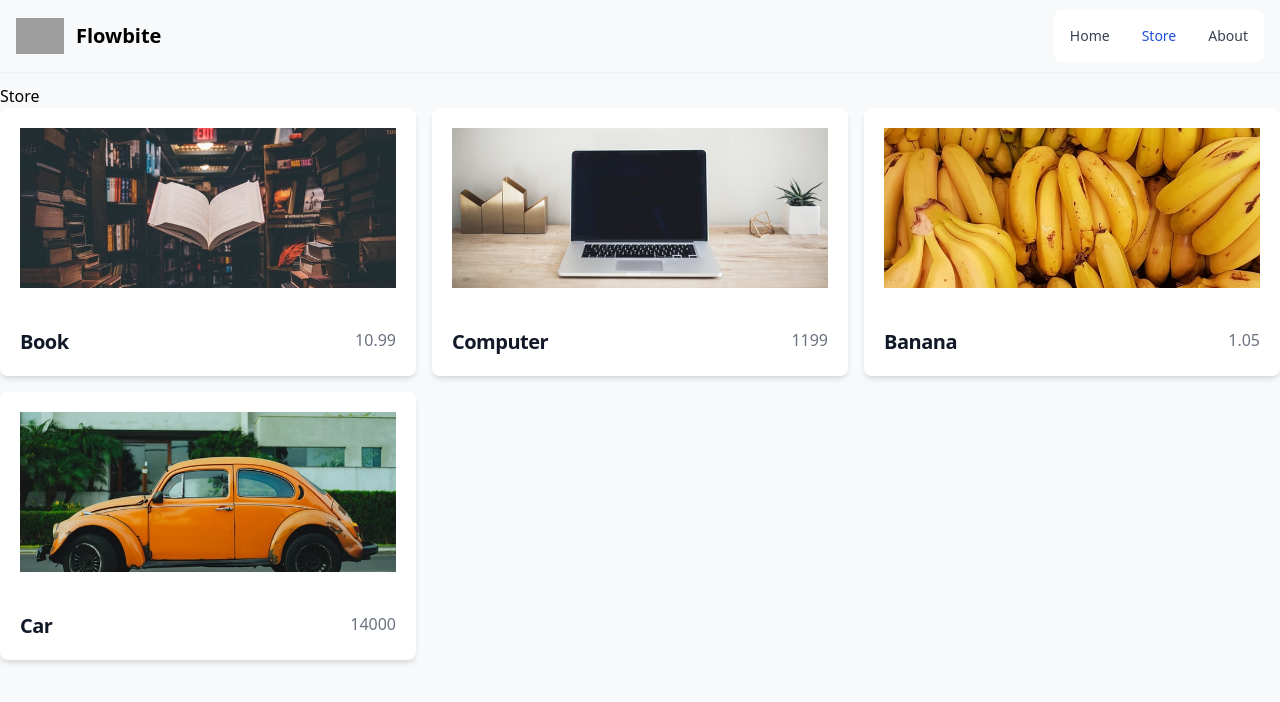
Repository: ducanhaep/react-ts-shopping-cart
Page: /store
The author's editor kept a copy of each file at every save. The page is drawn from the files as they stood at one save, then again after the next save.
The browser window is 1280 px wide. The pictures show the whole page.
Pictures or frames that could not be fetched are drawn as grey boxes. The project was rebuilt for these pictures with package versions that can differ from the ones it lists, and the page was loaded fresh each time. Also part of the build but not shown: vite.config.ts, src/pages/About.js, src/pages/Home.js.

Above is the page before, as saved 2023-01-11 19:33:19.

### src/App.tsx
import { Routes, Route } from "react-router-dom";
import { About } from "./pages/About";
import { Home } from "./pages/Home";
import { Store } from "./pages/Store";
import { Navbar } from "./components/Navbar";
function App() {
  return (
    <>
      <Navbar />
      <div className="container mb-4">
        <Routes>
          <Route path="/" element={<Home />} />
          <Route path="/store" element={<Store />} />
          <Route path="/about" element={<About />} />
        </Routes>
      </div>
    </>
  );
}

export default App;

### src/index.css
@tailwind base;
@tailwind components;
@tailwind utilities;
:root {
  font-synthesis: none;
  text-rendering: optimizeLegibility;
  -webkit-font-smoothing: antialiased;
  -moz-osx-font-smoothing: grayscale;
  -webkit-text-size-adjust: 100%;
}

/* Box sizing rules */
*,
*::before,
*::after {
  box-sizing: border-box;
}

/* Remove default margin */
body,
h1,
h2,
h3,
h4,
p,
figure,
blockquote,
dl,
dd {
  margin: 0;
}

/* Remove list styles on ul, ol elements with a list role, which suggests default styling will be removed */
ul[role="list"],
ol[role="list"] {
  list-style: none;
}

/* Set core root defaults */
html:focus-within {
  scroll-behavior: smooth;
}

/* Set core body defaults */
body {
  min-height: 100vh;
  text-rendering: optimizeSpeed;
  line-height: 1.5;
  background-color: #f8f9fa;
}

input,
button,
textarea,
select {
  font: inherit;
}

### src/pages/Store.tsx
import { StoreItem } from "../components/StoreItem";
import storeItems from "../data/items.json";
export function Store() {
  return (
    <>
      <h1>Store</h1>
      <div className="grid grid-cols-1 md:grid-cols-3 2xl:grid-cols-4 gap-8 md:gap-4">
        {storeItems.map((item) => (
          <StoreItem {...item} key={item.id} />
        ))}
      </div>
    </>
  );
}

### src/components/Navbar.tsx
import { Link, NavLink } from "react-router-dom";
import { BsFillCartFill } from "react-icons/bs";

export function Navbar() {
  return (
    <div className="shadow-sm mb-3">
      <nav className="containerbg-white border-gray-200 px-2 sm:px-4 py-2.5 rounded dark:bg-gray-900">
        <div className="container flex flex-wrap items-center justify-between mx-auto">
          <a href="#" className="flex items-center">
            <img
              src="https://flowbite.com/docs/images/logo.svg"
              className="h-6 mr-3 sm:h-9"
              alt="Flowbite Logo"
            />
            <span className="self-center text-xl font-semibold whitespace-nowrap dark:text-white">
              Flowbite
            </span>
          </a>
          <button
            data-collapse-toggle="navbar-default"
            type="button"
            aria-controls="navbar-default"
            aria-expanded="false"
            className="relative md:hidden text-blue-700 hover:text-white border border-blue-700 hover:bg-blue-800 focus:outline-none  font-medium rounded-lg text-sm px-5 py-2.5 text-center mr-2 mb-2"
          >
            <BsFillCartFill />
            <div className="absolute inline-flex items-center justify-center w-6 h-6 text-xs font-bold text-white bg-red-500 border-2 border-white rounded-full -top-2 -right-2 dark:border-gray-900">
              20
            </div>
          </button>
          <div className="hidden w-full md:block md:w-auto" id="navbar-default">
            <ul className="flex flex-col p-4 mt-4 border border-gray-100 rounded-lg bg-gray-50 md:flex-row md:space-x-8 md:mt-0 md:text-sm md:font-medium md:border-0 md:bg-white dark:bg-gray-800 md:dark:bg-gray-900 dark:border-gray-700">
              <li>
                <NavLink
                  to="/"
                  className={({ isActive }) =>
                    isActive
                      ? "text-white bg-blue-700 rounded md:bg-transparent md:text-blue-700 md:p-0 dark:text-white"
                      : "block py-2 pl-3 pr-4 text-gray-700 rounded hover:bg-gray-100 md:hover:bg-transparent md:border-0 md:hover:text-blue-700 md:p-0 dark:text-gray-400 md:dark:hover:text-white dark:hover:bg-gray-700 dark:hover:text-white md:dark:hover:bg-transparent"
                  }
                  aria-current="page"
                >
                  Home
                </NavLink>
              </li>
              <li>
                <NavLink
                  to="store"
                  className={({ isActive }) =>
                    isActive
                      ? "text-white bg-blue-700 rounded md:bg-transparent md:text-blue-700 md:p-0 dark:text-white"
                      : "block py-2 pl-3 pr-4 text-gray-700 rounded hover:bg-gray-100 md:hover:bg-transparent md:border-0 md:hover:text-blue-700 md:p-0 dark:text-gray-400 md:dark:hover:text-white dark:hover:bg-gray-700 dark:hover:text-white md:dark:hover:bg-transparent"
                  }
                >
                  Store
                </NavLink>
              </li>
              <li>
                <NavLink
                  to="about"
                  className={({ isActive }) =>
                    isActive
                      ? "text-white bg-blue-700 rounded md:bg-transparent md:text-blue-700 md:p-0 dark:text-white"
                      : "block py-2 pl-3 pr-4 text-gray-700 rounded hover:bg-gray-100 md:hover:bg-transparent md:border-0 md:hover:text-blue-700 md:p-0 dark:text-gray-400 md:dark:hover:text-white dark:hover:bg-gray-700 dark:hover:text-white md:dark:hover:bg-transparent"
                  }
                >
                  About
                </NavLink>
              </li>
            </ul>
          </div>
        </div>
      </nav>
    </div>
  );
}

### src/components/StoreItem.tsx
import { Link } from "react-router-dom";

interface StoreItemProps {
  id: number;
  name: string;
  price: number;
  imgUrl: string;
}
export function StoreItem({ id, name, price, imgUrl }: StoreItemProps) {
  return (
    <div className="w-full bg-white rounded-lg shadow-md">
      <div className="">
        <Link to="#">
          <img
            src={imgUrl}
            alt="imgUrl"
            className="rounded-t-lg p-5 object-cover h-[200px] w-full"
          />
        </Link>
      </div>
      <div className="flex justify-between px-5 py-5">
        <Link to="#">
          <h5 className="text-xl font-semibold tracking-tight text-gray-900">
            {name}
          </h5>
        </Link>
        <p className="text-gray-500 font-medium">{price}</p>
      </div>
    </div>
  );
}

### src/data/items.json
[
	{
		"id": 1,
		"name": "Book",
		"price": 10.99,
		"imgUrl": "/imgs/book.jpg"
	},
	{
		"id": 2,
		"name": "Computer",
		"price": 1199,
		"imgUrl": "/imgs/computer.jpg"
	},
	{
		"id": 3,
		"name": "Banana",
		"price": 1.05,
		"imgUrl": "/imgs/banana.jpg"
	},
	{
		"id": 4,
		"name": "Car",
		"price": 14000,
		"imgUrl": "/imgs/car.jpg"
	}
]

### tailwind.config.cjs
/** @type {import('tailwindcss').Config} */
module.exports = {
  content: ["./index.html", "./src/**/*.{js,ts,jsx,tsx}"],
  theme: {
    container: {
      center: true,
    },
    extend: {
      colors: {
        "light-color": "#f8f9fa",
      },
    },
  },
  plugins: [],
};

Loaded but not shown: index.html (common file); src/main.tsx (common file)

After the next save:
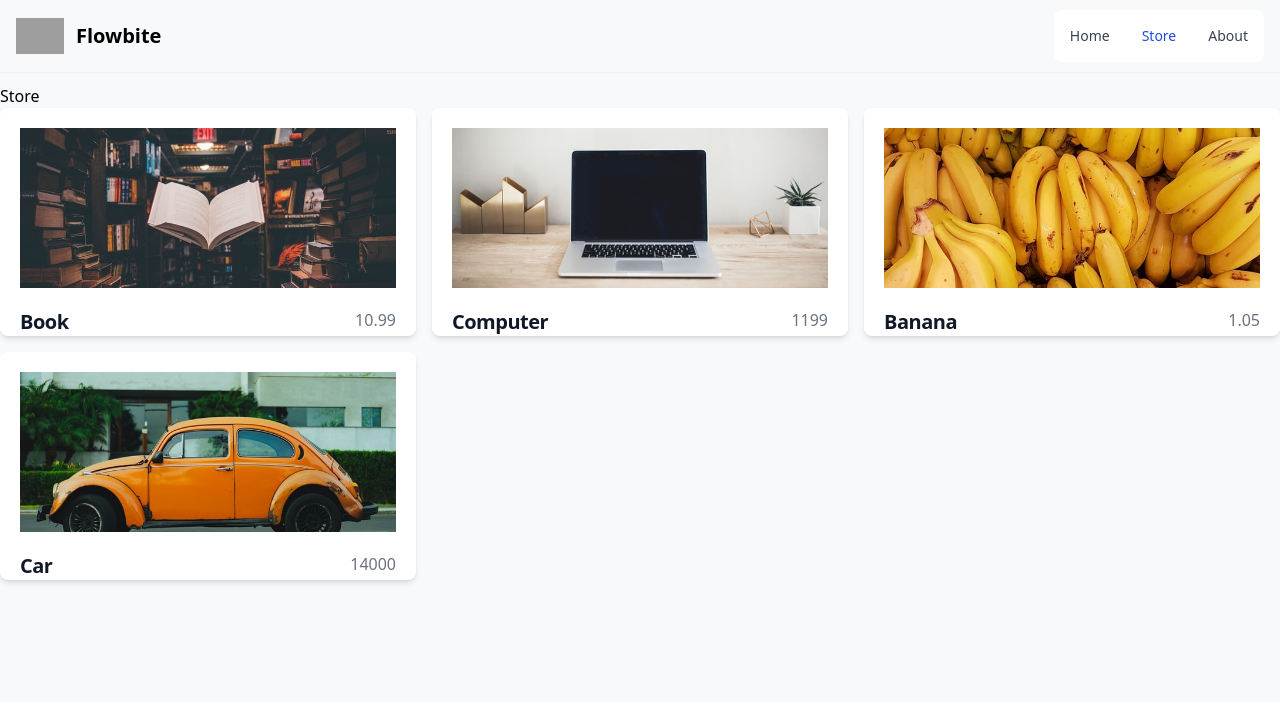
Saved 15 s later.
--- a/src/components/StoreItem.tsx
+++ b/src/components/StoreItem.tsx
@@ -18,7 +18,7 @@ export function StoreItem({ id, name, price, imgUrl }: StoreItemProps) {
           />
         </Link>
       </div>
-      <div className="flex justify-between px-5 py-5">
+      <div className="flex justify-between px-5">
         <Link to="#">
           <h5 className="text-xl font-semibold tracking-tight text-gray-900">
             {name}
